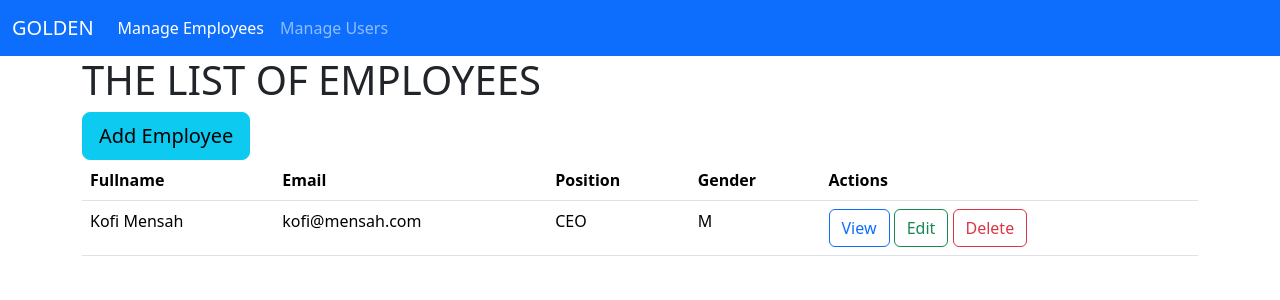
Repository: owuraku/DBC28.1
Page: http://localhost/employees
The author's editor kept a copy of each file at every save. The page is drawn from the files as they stood at one save, then again after the next save.
The browser window is 1280 px wide. The pictures show the whole page.
The page is served by the project's Laravel application, run on PHP 8.4 with Laravel 10.

Above is the page before, as saved 2023-05-23 09:45:40.

After the next save:
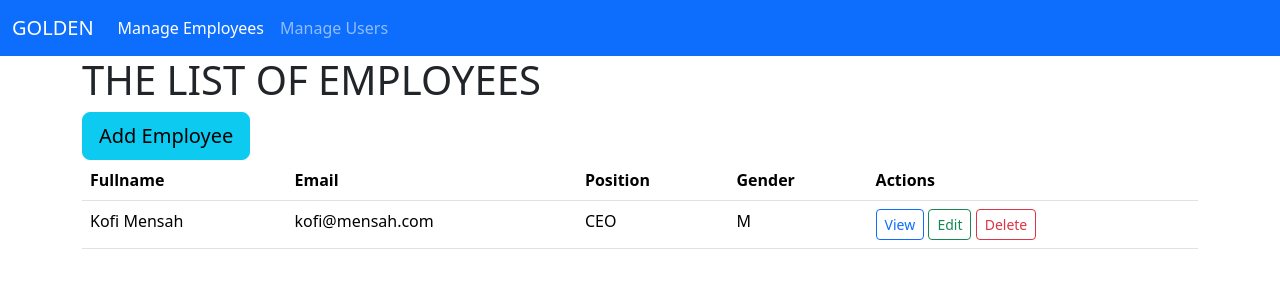
Saved 103 s later.
--- a/resources/views/employees/list.blade.php
+++ b/resources/views/employees/list.blade.php
@@ -23,9 +23,9 @@
                 <td>CEO</td>
                 <td>M</td>
                 <td>
-                    <button type="button" class="btn btn-outline-primary">View</button>
-                    <button type="button" class="btn btn-outline-success">Edit</button>
-                    <button type="button" class="btn btn-outline-danger">Delete</button>
+                    <button type="button" class="btn btn-outline-primary btn-sm">View</button>
+                    <button type="button" class="btn btn-outline-success btn-sm">Edit</button>
+                    <button type="button" class="btn btn-outline-danger btn-sm">Delete</button>
                 </td>
             </tr>
         </tbody>
